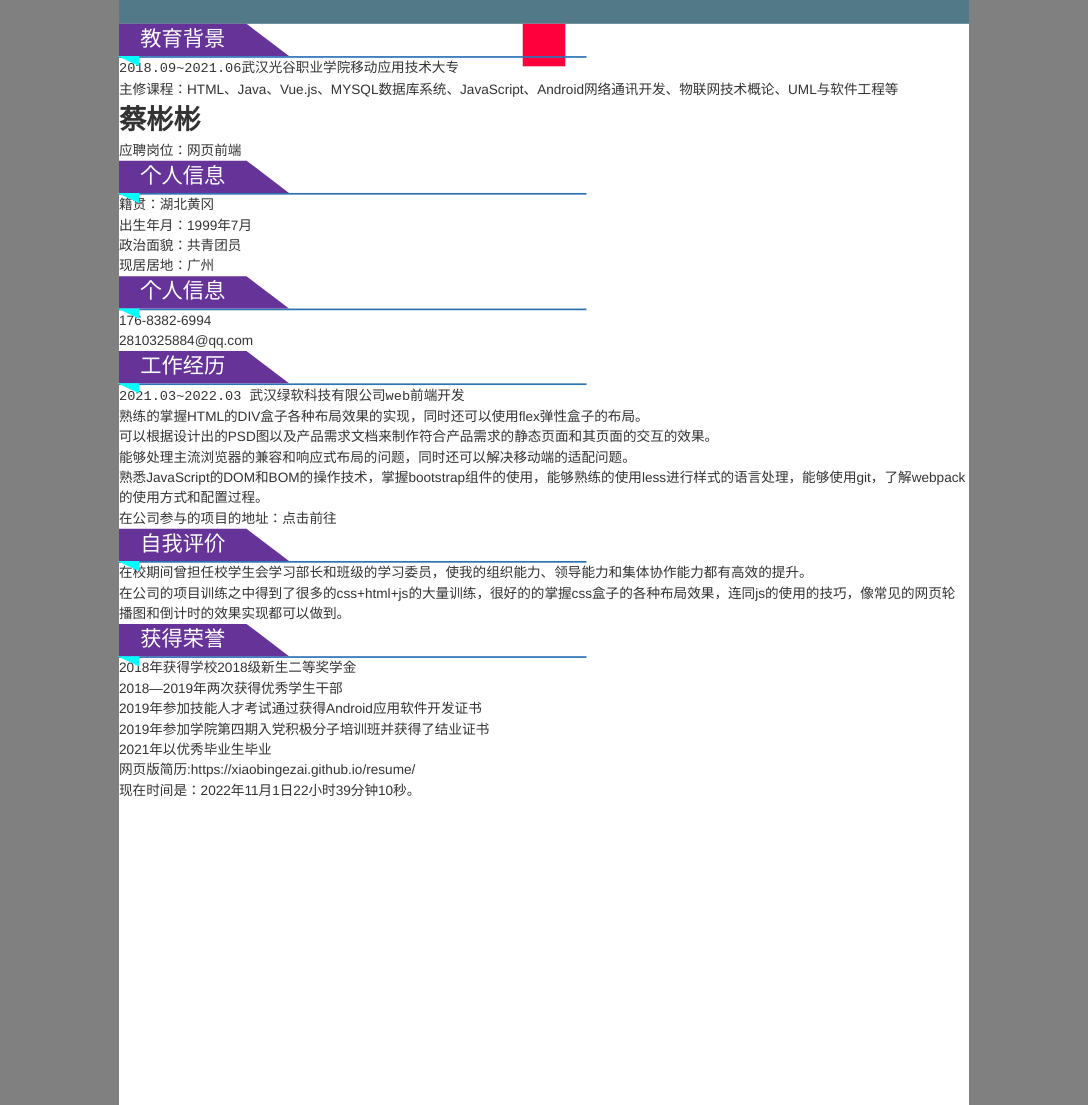
Repository: xiaobingezai/resume
Page: index.html
These files come from the project's save history. The page is drawn as it stood at one moment and after the next save; the edit follows.
The browser window is 1280 px wide. The pictures show the whole page, at 85% of full size.

Above is the page before, as saved 2022-11-02 21:12:20.

After the next save:
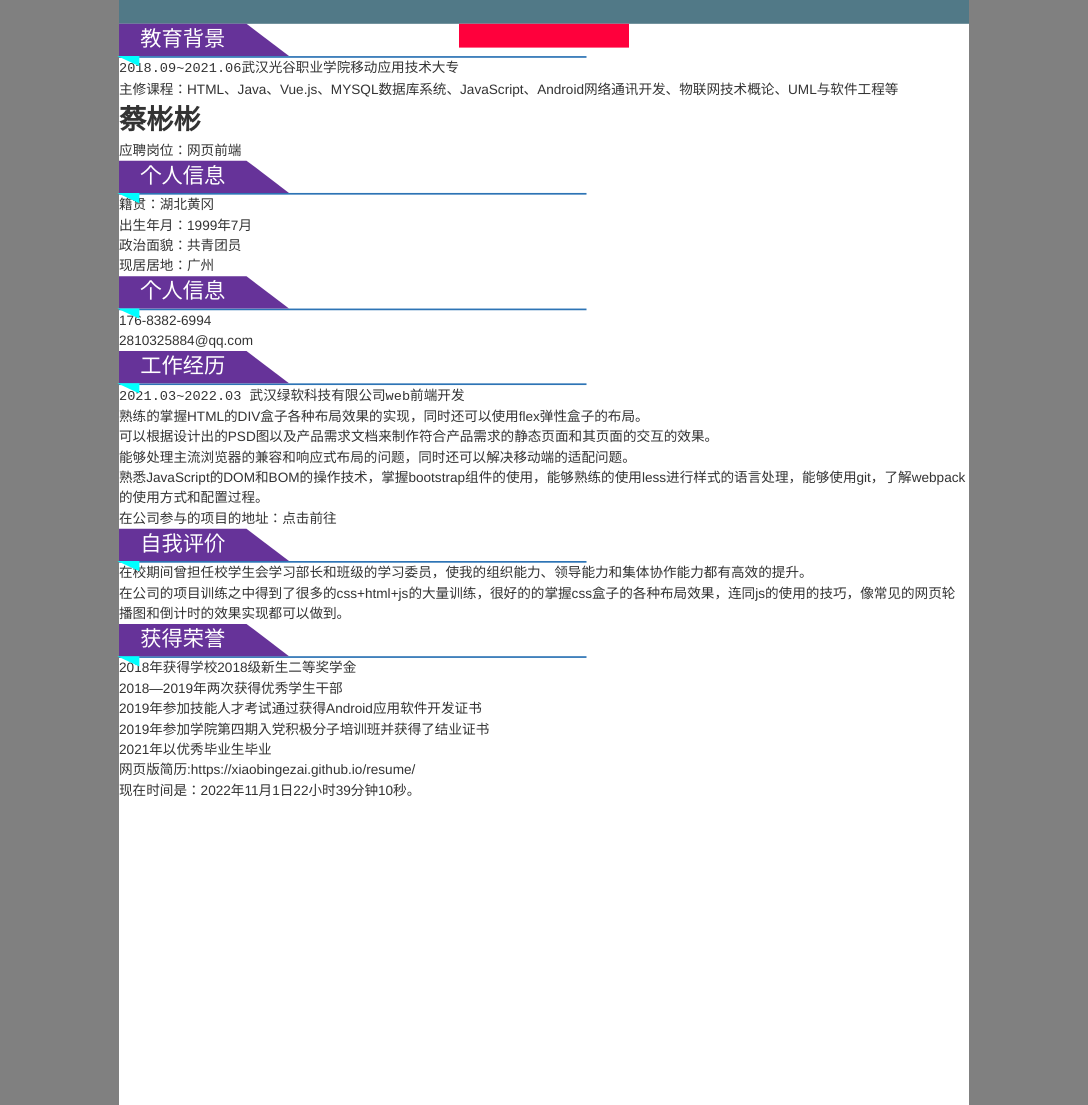
Saved 36 s later.
--- a/css/index.css
+++ b/css/index.css
@@ -130,14 +130,12 @@ body{
 
 /* 最外层的盒子的样式设置 */
 #zhengTi {
-
     border-top: 28px solid #517987 ;
-
 }
 #zhengTi::before {
     content: '';
-    width: 50px;
-    height: 50px;
+    width: 200px;
+    height: 28px;
     background-color: rgb(255, 0, 60);
     position: absolute;
     top: 28px;
